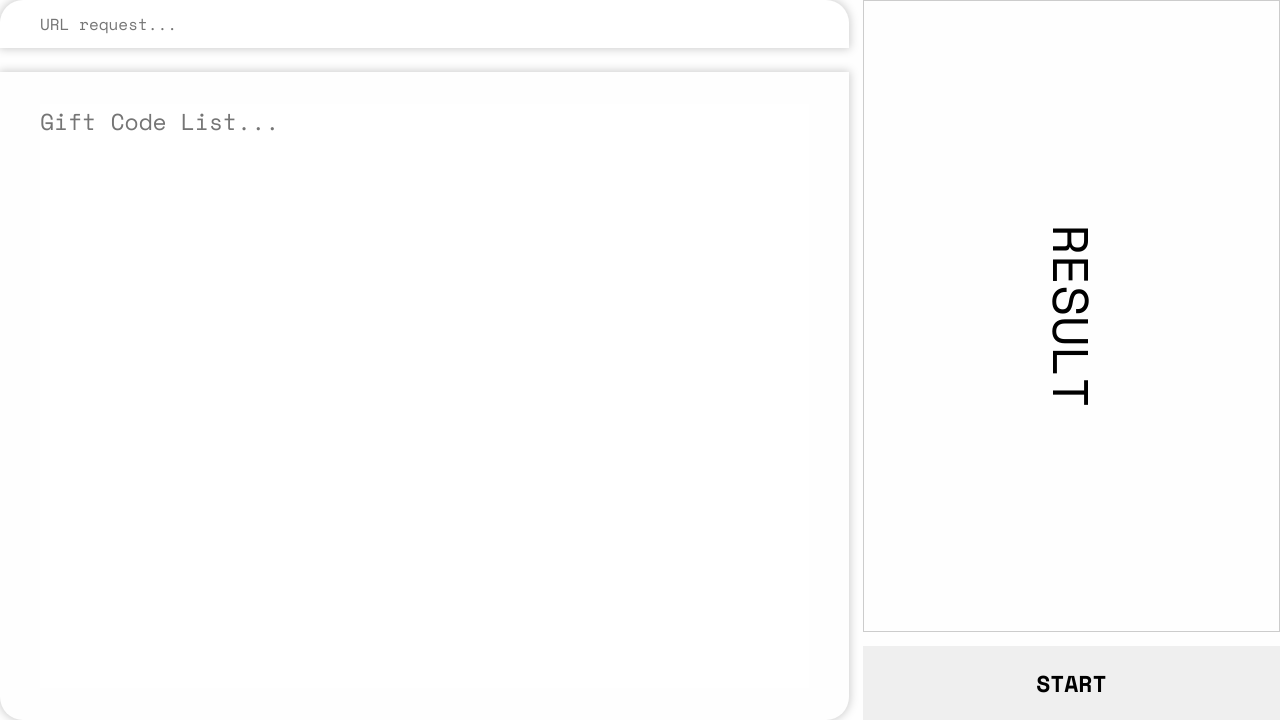
Repository: 777hanh777hanh/test
Page: index.html
An editor plug-in stored every save of this project. The page is shown before and after a run of saves, followed by the edit.
The browser window is 1280 px wide. The pictures show the whole page.

Above is the page before, as saved 2023-06-30 17:49:34.

After the next 2 saves:
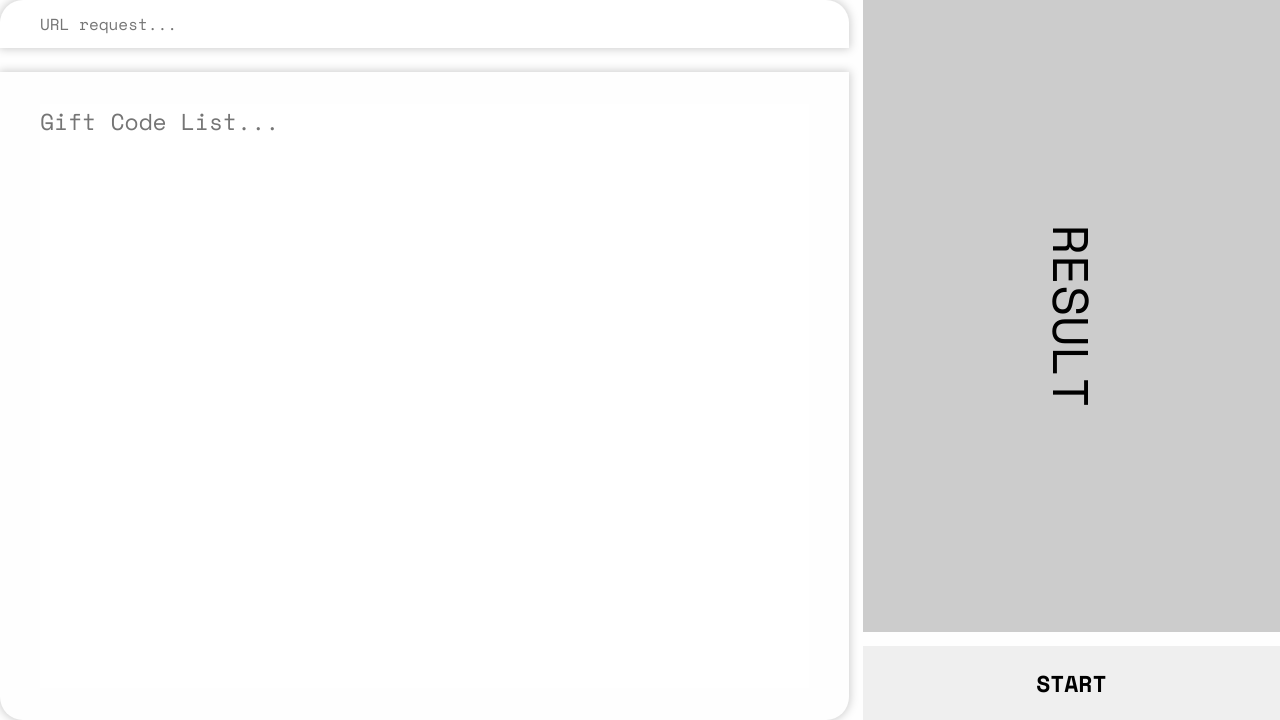
The 2 saves are shown as one change because they came seconds apart.
The last was saved 11 s later.
--- a/assets/css/style.css
+++ b/assets/css/style.css
@@ -94,6 +94,7 @@
     align-items: center;
     flex-grow: 1;
     border: 1px solid #ccc;
+    background: #ccc;
 }
 
 .result:empty::before {

After the save that followed:
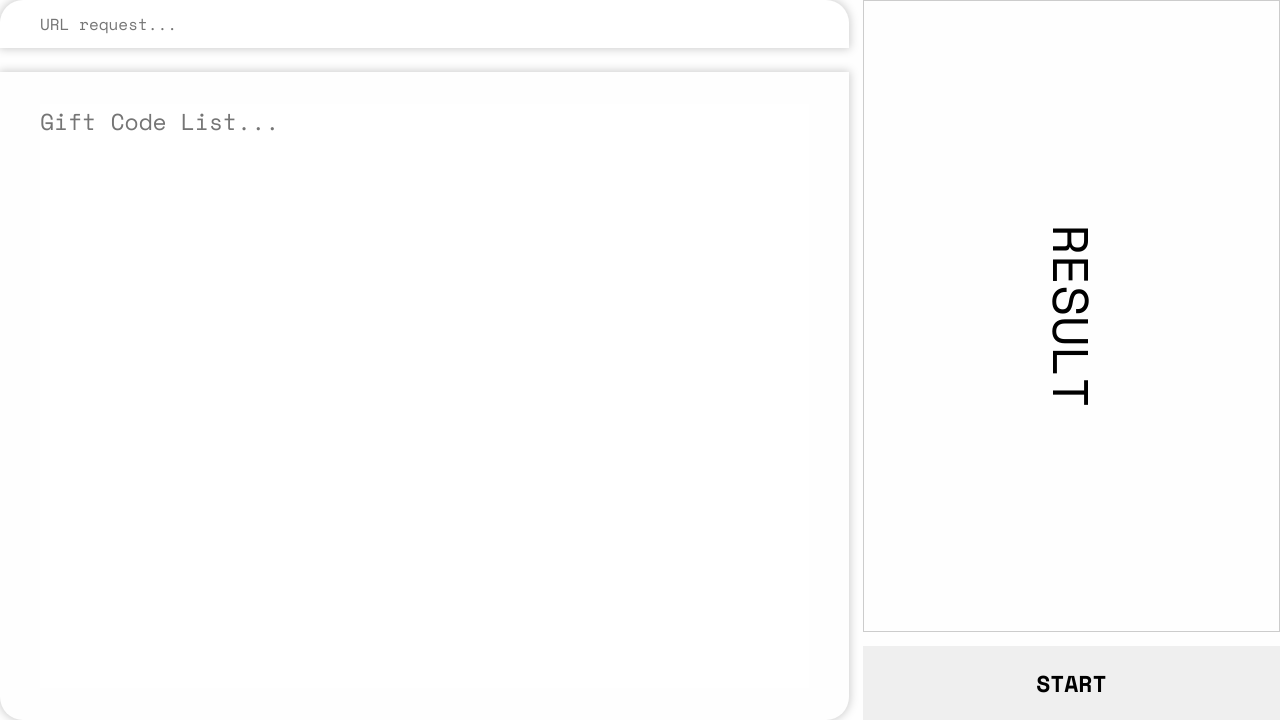
Saved 6 s later.
--- a/assets/css/style.css
+++ b/assets/css/style.css
@@ -94,7 +94,7 @@
     align-items: center;
     flex-grow: 1;
     border: 1px solid #ccc;
-    background: #ccc;
+    background: #ccc80;
 }
 
 .result:empty::before {
